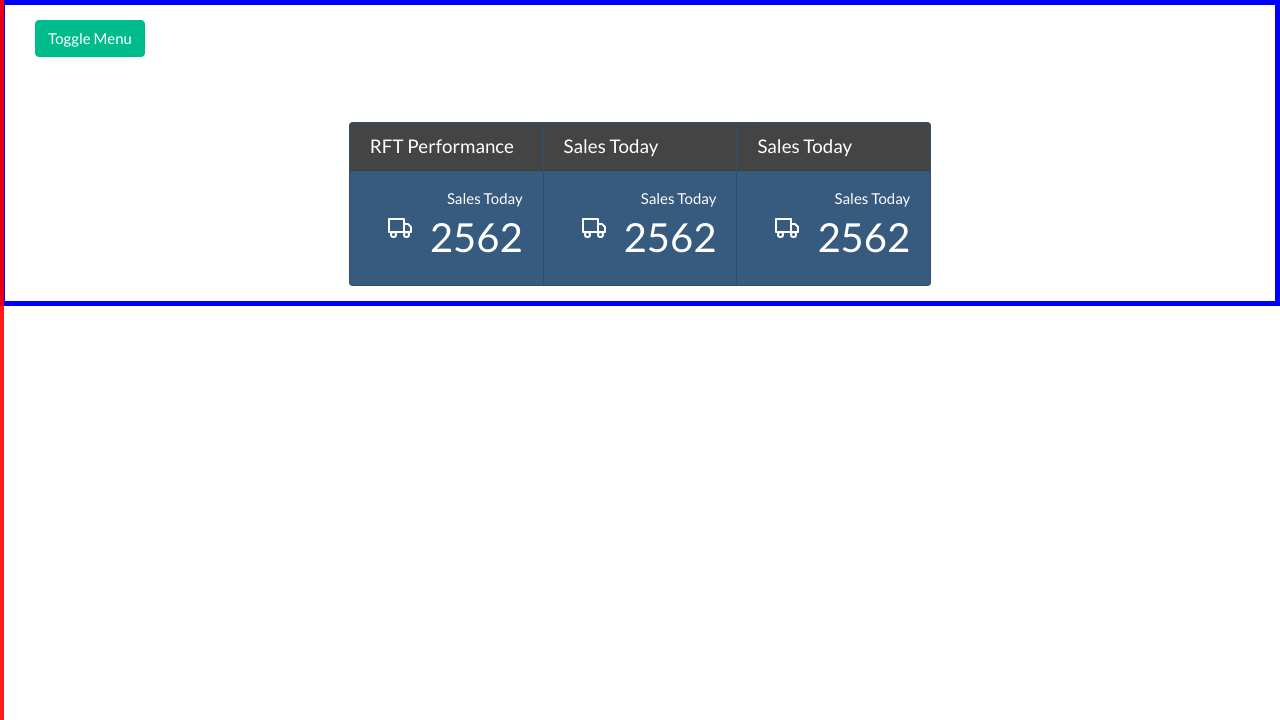
Repository: valenovi76/Delivery-Dashboard
Page: Index.html
The author's editor kept a record of every edit. The page is drawn from the files as they stood at one moment, then again after the next edit.
The browser window is 1280 px wide. The pictures show the whole page.
Some web libraries are served in a nearby version.

Above is the page before.
Console error: TypeError: Cannot read properties of null (reading 'textContent')

After the next edit:
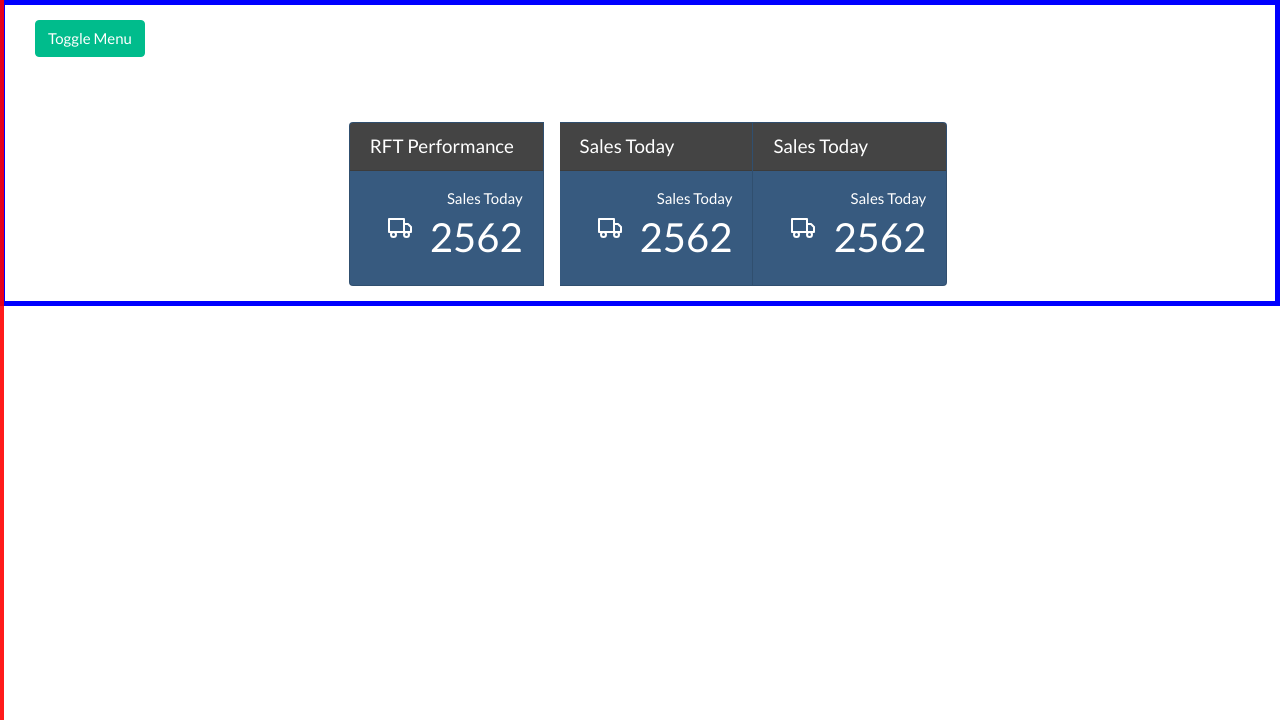
The edit:
--- a/Index.html
+++ b/Index.html
@@ -41,7 +41,7 @@
                             <h1>Delivery KPIs Dashboard</h1>
                             <div class="row">
                               <div class="card-group mx-auto">
-                                    <div class="card flex-fill bg-primary text-white">
+                                    <div class="card flex-fill bg-primary text-white mx-3">
                 											<div class="card-header">
                 												<h5 class="card-title text-white mb-0">RFT Performance</h5>
                 											</div>
